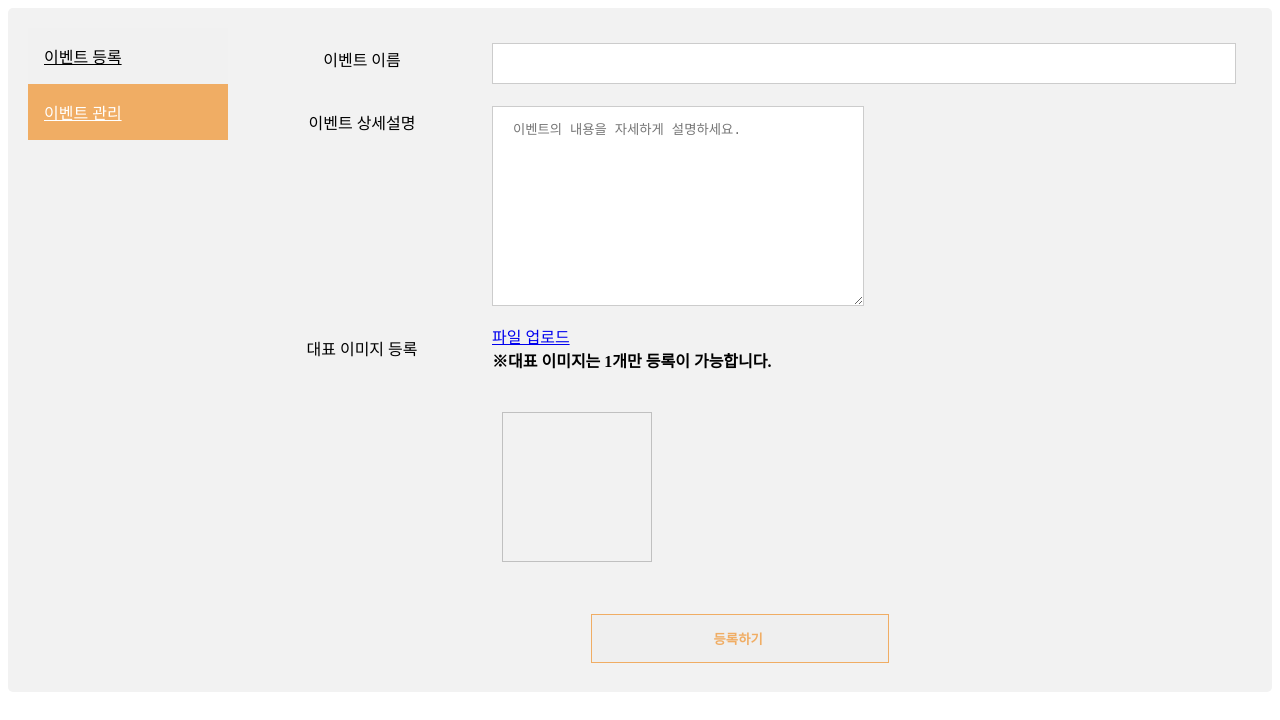
Repository: kdw0937/UdongProject
Page: http://localhost/matjib2/jsp/event_modify.jsp
An editor plug-in stored every save of this project. The page is shown before and after the next save, followed by the edit.
The browser window is 1280 px wide. The pictures show the whole page.
The page is served by Tomcat 9. The template is opened directly, without the code that normally fills it, so the values that code supplies are empty.

Above is the page before, as saved 2021-01-21 15:58:20.
Console error: ReferenceError: alter is not defined

After the next save:
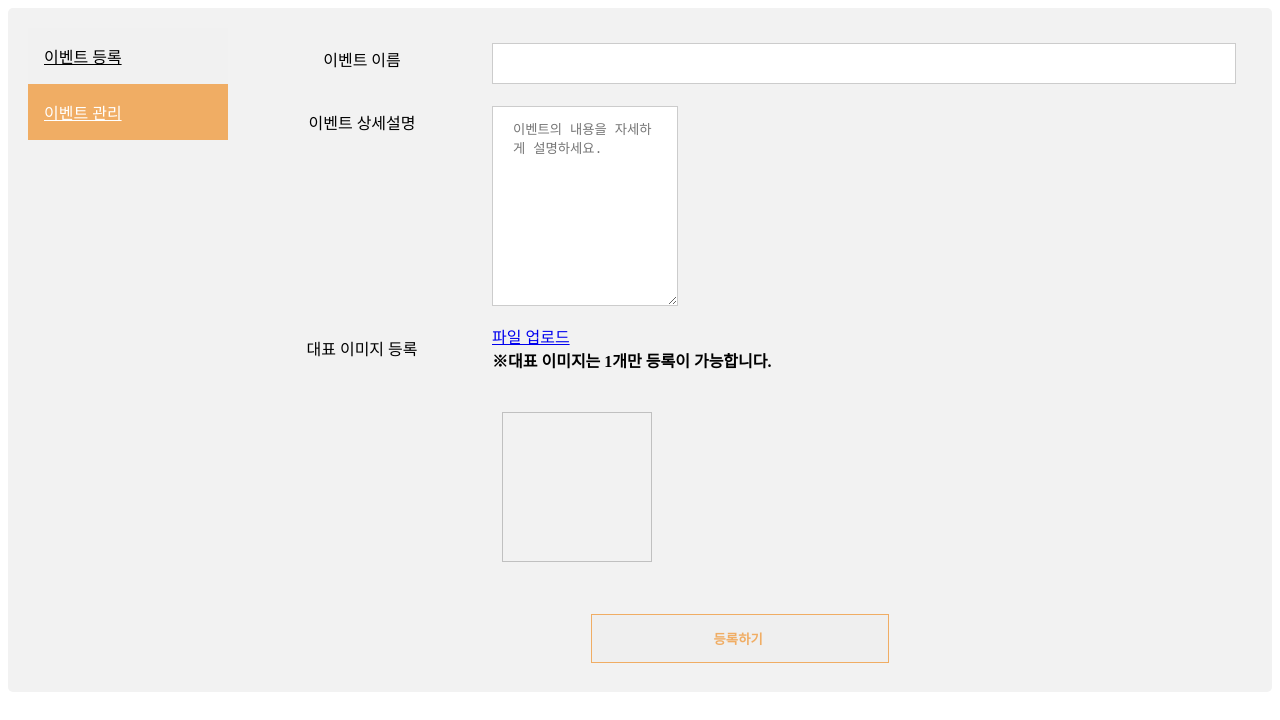
Saved 7 s later.
--- a/matjib2/src/main/webapp/css/store_regist.css
+++ b/matjib2/src/main/webapp/css/store_regist.css
@@ -64,7 +64,7 @@ input[type=text], select, textarea {
   box-sizing: border-box;
 }
 input[type=password], select, textarea {
-  width: 50%;
+  width: 25%;
   padding: 12px 20px;
   margin: 8px 0;
   display: inline-block;
